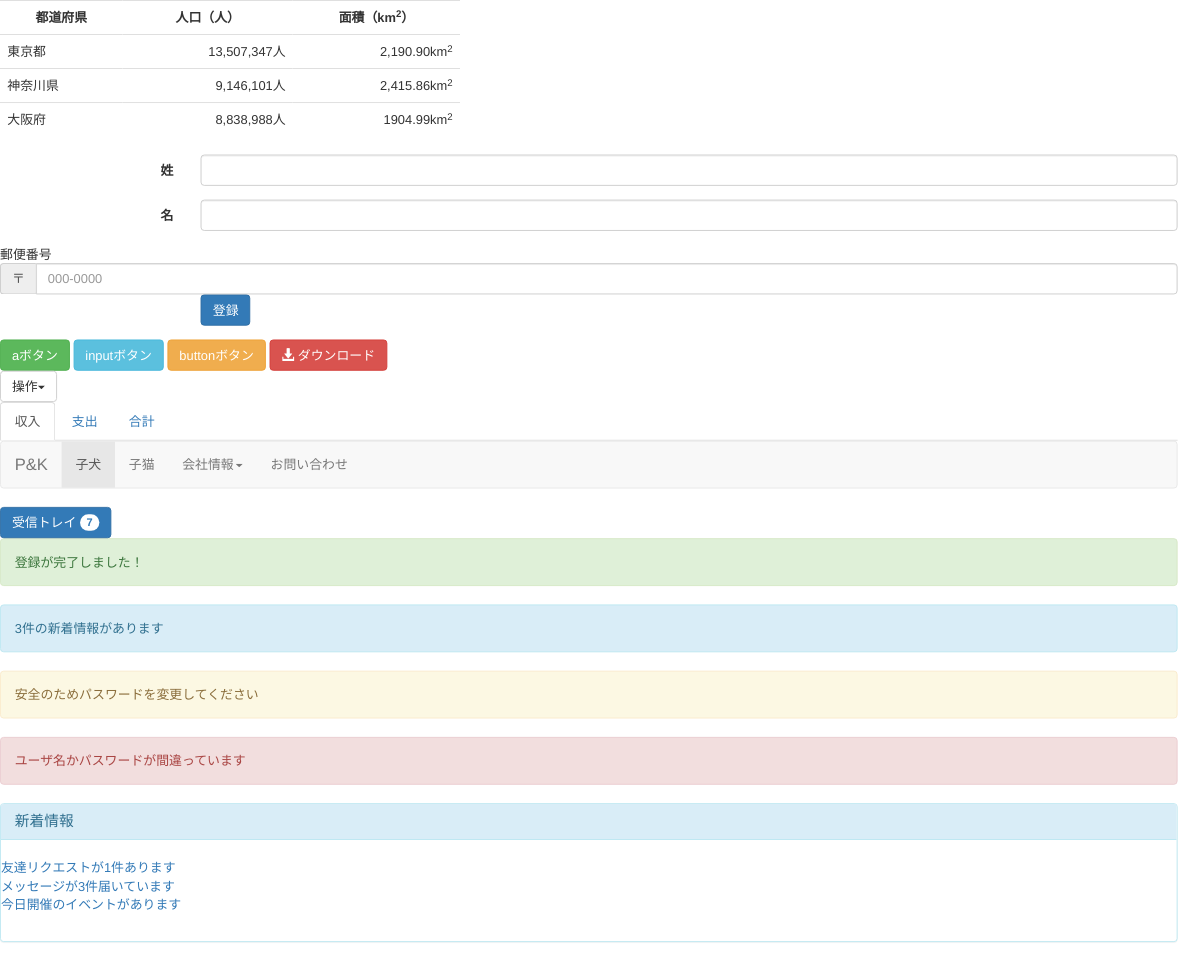
Repository: yuiahonda/kadai-monolist
Page: bootstrap/bootstrap_lesson.html
The author's editor kept a record of every edit. The page is drawn from the files as they stood at one moment, then again after the next edit.
The browser window is 1280 px wide. The page is 1295 px wide, so the pictures cover 1295 px, including what lies to the right of the window. The pictures show the whole page, at 92% of full size.

Above is the page before.

After the next edit:
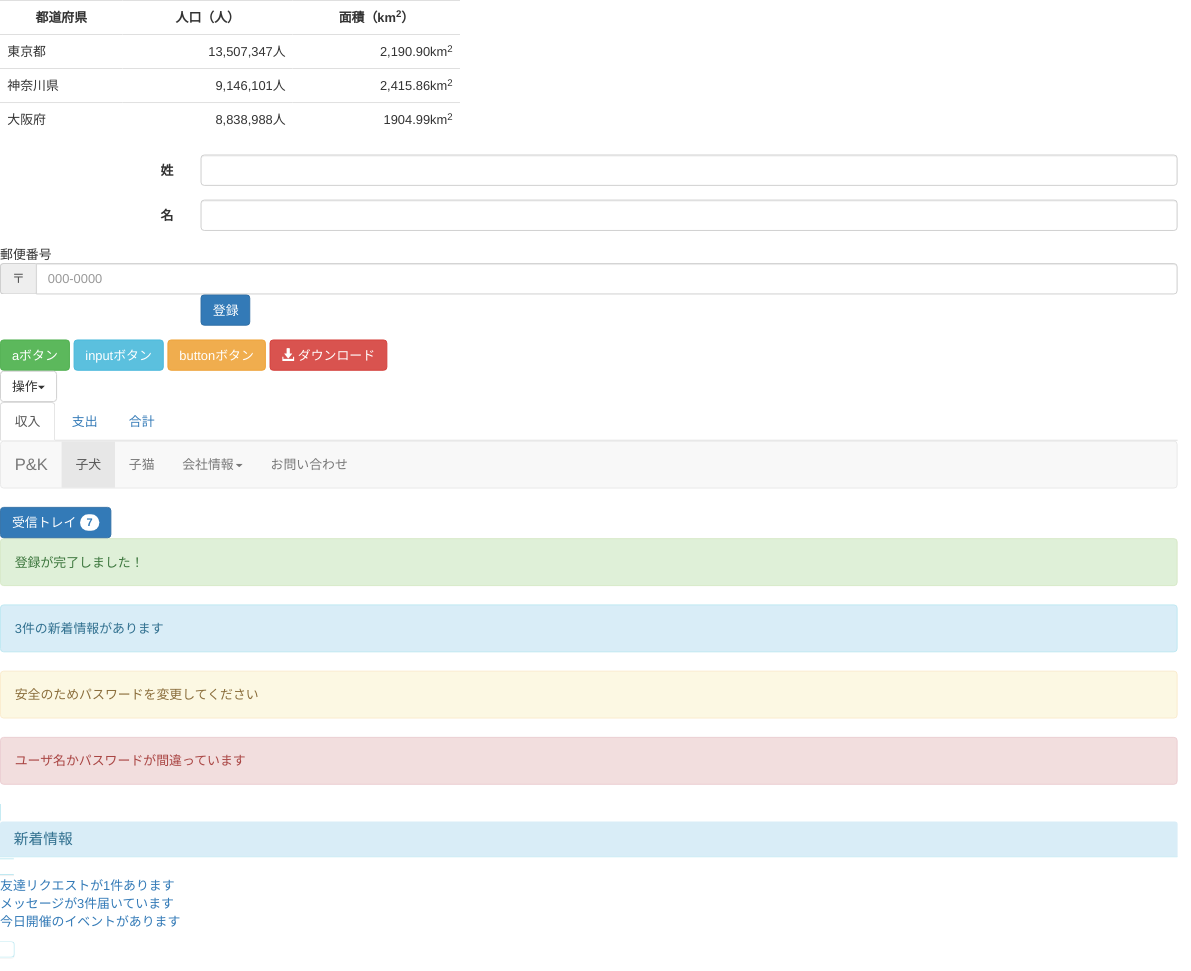
The edit:
--- a/bootstrap/bootstrap_lesson.html
+++ b/bootstrap/bootstrap_lesson.html
@@ -147,7 +147,7 @@
 <div class="alert alert-warning" role="alert">安全のためパスワードを変更してください</div>
 <div class="alert alert-danger" role="alert">ユーザ名かパスワードが間違っています</div>
 
-<div class="panel panel-info">
+<span class="panel panel-info">
   <div class="panel-heading">
     <h3 class="panel-title">新着情報</h3>
   </div>
